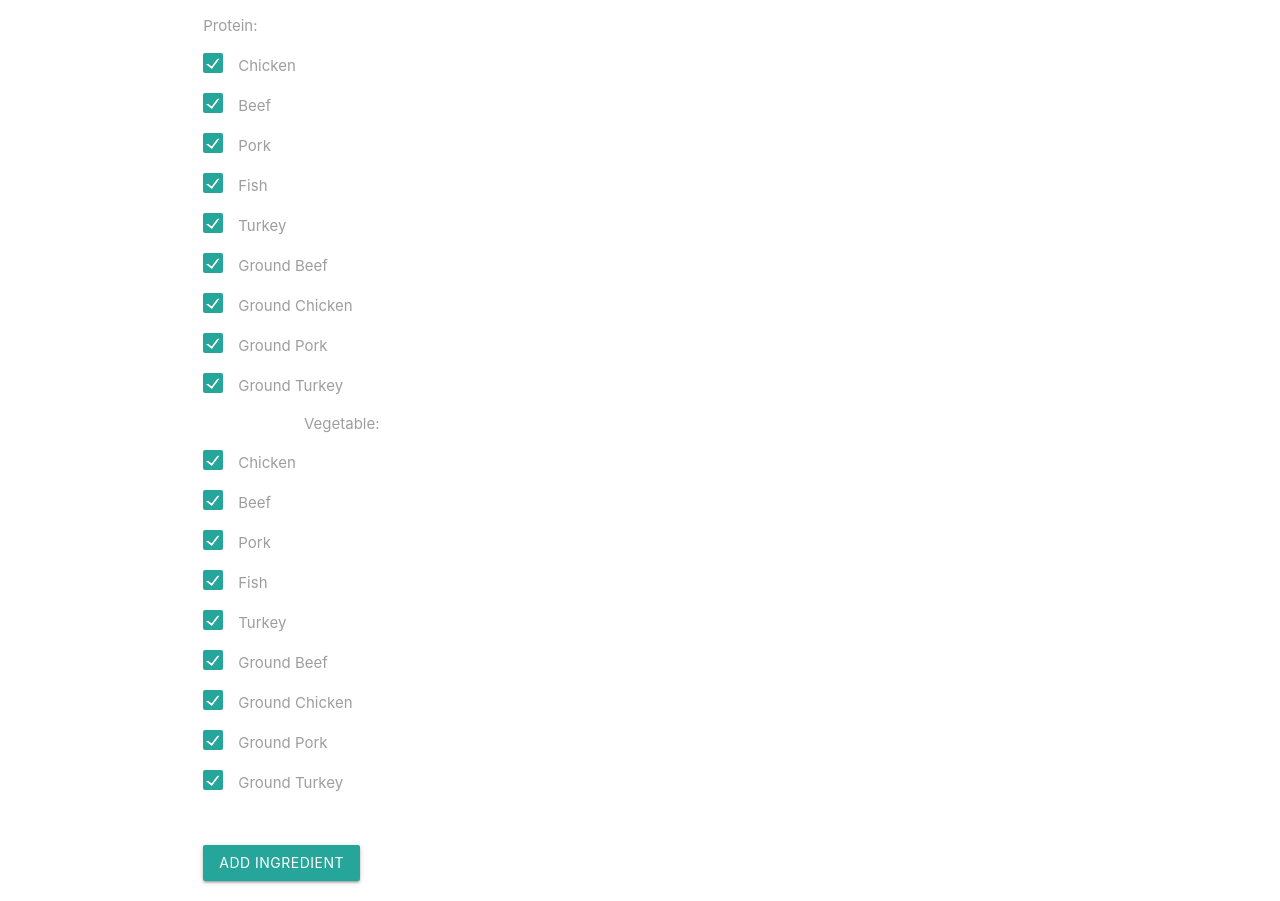
Repository: Aaron-R-Carter/Project1
Page: prototype.html
The author's editor kept a copy of each file at every save. The page is drawn from the files as they stood at one save, then again after the next save.
The browser window is 1280 px wide. The pictures show the whole page.

Above is the page before, as saved 2019-10-31 23:28:48.
Console error: SyntaxError: Unexpected token '<'

### prototype.html
<!DOCTYPE html>
<html>

<head>
    <!--Import Google Icon Font-->
    <link href="https://fonts.googleapis.com/icon?family=Material+Icons" rel="stylesheet">
    <!--Import materialize.css-->
    <link rel="stylesheet" href="https://cdnjs.cloudflare.com/ajax/libs/materialize/1.0.0/css/materialize.min.css">
    <link rel="stylesheet" href="./prototype.css">
    <!--Let browser know website is optimized for mobile-->
    <meta name="viewport" content="width=device-width, initial-scale=1.0" />

</head>

<body>

    <div class="container">
        <div id="check-box" class="row">
            <div class="input-field col m3">

                <form action="#">
                    <label type="text" class="label">Protein:</label>
                    <p>
                        <label>
                            <input type="checkbox" class="filled-in" checked="checked" />
                            <span>Chicken</span>
                        </label>
                    </p>
                    <p>
                        <label>
                            <input type="checkbox" class="filled-in" checked="checked" />
                            <span>Beef</span>
                        </label>
                    </p>
                    <p>
                        <label>
                            <input type="checkbox" class="filled-in" checked="checked" />
                            <span>Pork</span>
                        </label>
                    </p>
                    <p>
                        <label>
                            <input type="checkbox" class="filled-in" checked="checked" />
                            <span>Fish</span>
                        </label>
                    </p>
                    <p>
                        <label>
                            <input type="checkbox" class="filled-in" checked="checked" />
                            <span>Turkey</span>
                        </label>
                    </p>
                    <p>
                        <label>
                            <input type="checkbox" class="filled-in" checked="checked" />
                            <span>Ground Beef</span>
                        </label>
                    </p>
                    <p>
                        <label>
                            <input type="checkbox" class="filled-in" checked="checked" />
                            <span>Ground Chicken</span>
                        </label>
                    </p>
                    <p>
                        <label>
                            <input type="checkbox" class="filled-in" checked="checked" />
                            <span>Ground Pork</span>
                        </label>
                    </p>
                    <p>
                        <label>
                            <input type="checkbox" class="filled-in" checked="checked" />
                            <span>Ground Turkey</span>
                        </label>
                    </p>

                    <div class="label col m6"></div>

                    <form action="#">
                            <label type="text" class="label">Vegetable:</label>
                            <p>
                                <label>
                                    <input type="checkbox" class="filled-in" checked="checked" />
                                    <span>Chicken</span>
                                </label>
                            </p>
                            <p>
                                <label>
                                    <input type="checkbox" class="filled-in" checked="checked" />
                                    <span>Beef</span>
                                </label>
                            </p>
                            <p>
                                <label>
                                    <input type="checkbox" class="filled-in" checked="checked" />
                                    <span>Pork</span>
                                </label>
                            </p>
                            <p>
                                <label>
                                    <input type="checkbox" class="filled-in" checked="checked" />
                                    <span>Fish</span>
                                </label>
                            </p>
                            <p>
                                <label>
                                    <input type="checkbox" class="filled-in" checked="checked" />
                                    <span>Turkey</span>
                                </label>
                            </p>
                            <p>
                                <label>
                                    <input type="checkbox" class="filled-in" checked="checked" />
                                    <span>Ground Beef</span>
                                </label>
                            </p>
                            <p>
                                <label>
                                    <input type="checkbox" class="filled-in" checked="checked" />
                                    <span>Ground Chicken</span>
                                </label>
                            </p>
                            <p>
                                <label>
                                    <input type="checkbox" class="filled-in" checked="checked" />
                                    <span>Ground Pork</span>
                                </label>
                            </p>
                            <p>
                                <label>
                                    <input type="checkbox" class="filled-in" checked="checked" />
                                    <span>Ground Turkey</span>
                                </label>
                            </p>
                </form>
            </div>


        </div>
        <form id="ingredient-add-btn" class="row">

            <!-- Button will trigger new ingredient to be added -->
            <div class="col s 12">
                <input id="add " class="btn btn-primary mb-2" type="submit" value="add ingredient">
            </div>
        </form>


        <div id="ingredient-view-button"></div>

    </div>



    <script src="https://code.jquery.com/jquery-3.4.1.min.js"
        integrity="sha256-CSXorXvZcTkaix6Yvo6HppcZGetbYMGWSFlBw8HfCJo=" crossorigin="anonymous"></script>
    <script src="https://cdnjs.cloudflare.com/ajax/libs/materialize/1.0.0/js/materialize.min.js"></script>
    <script src="./script.js"></script>

</body>

</html>

### prototype.css
#form-page {
    width: 100%;

    border: 2px solid black;
}
.label {
    font-size: 15px;
}
.input-field col m6{
   float:left;
}

### script.js

    <div id="left-box">
    <form id="ingredient-form">
        <label for="ingredient-input">List of Ingredients:</label>
        <br>
        <input type="text" id="ingredient-input" placeholder="Ingredients">

        <!-- Button will trigger new ingredients to be added -->
        <input id="add " class="btn btn-primary mb-2" type="submit" value="Add a zipcode">
    </form>

    <div id="zipcode-view"></div>
</div>

After the next save:
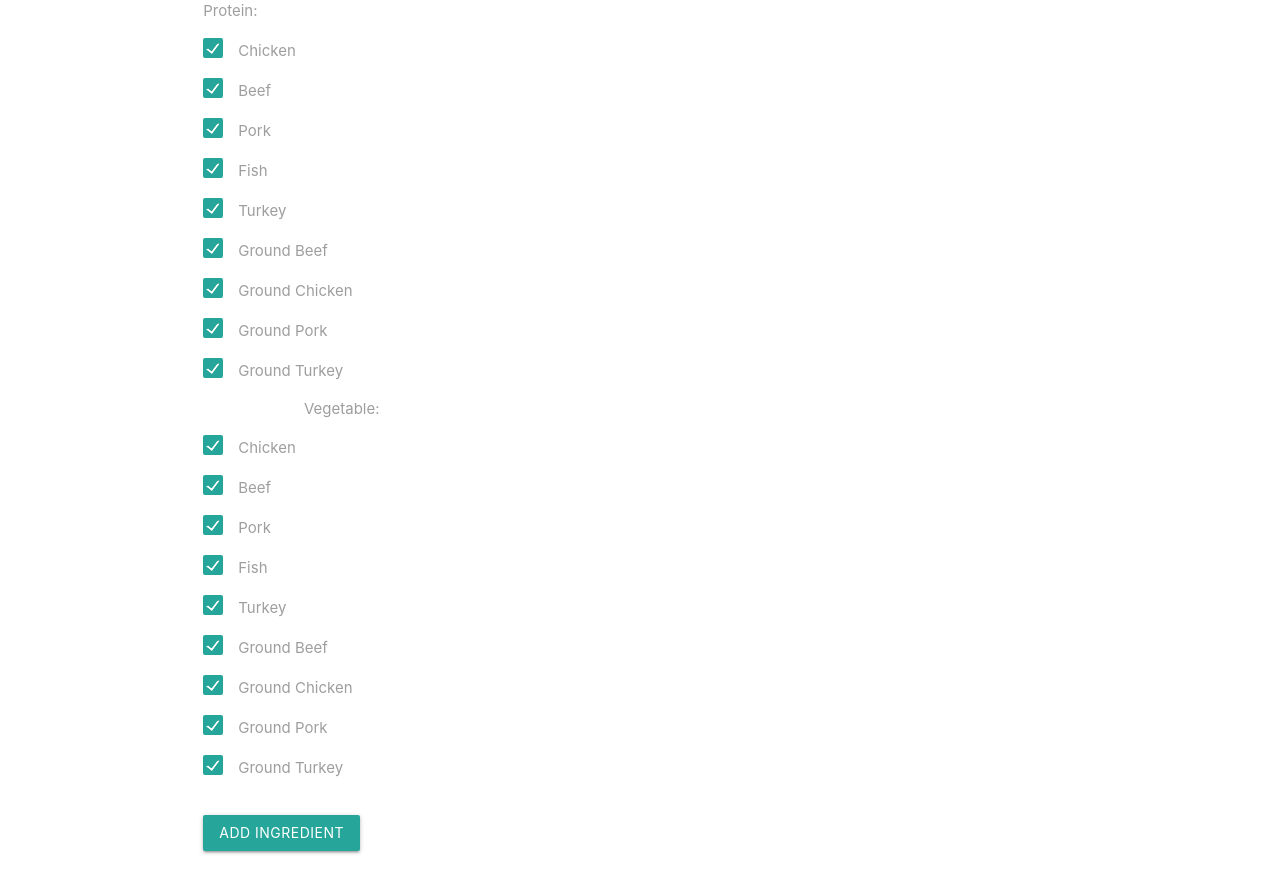
Saved 2 min 36 s later.
--- a/prototype.html
+++ b/prototype.html
@@ -16,7 +16,7 @@
 
     <div class="container">
         <div id="check-box" class="row">
-            <div class="input-field col m3">
+            <div class=" col m3">
 
                 <form action="#">
                     <label type="text" class="label">Protein:</label>
